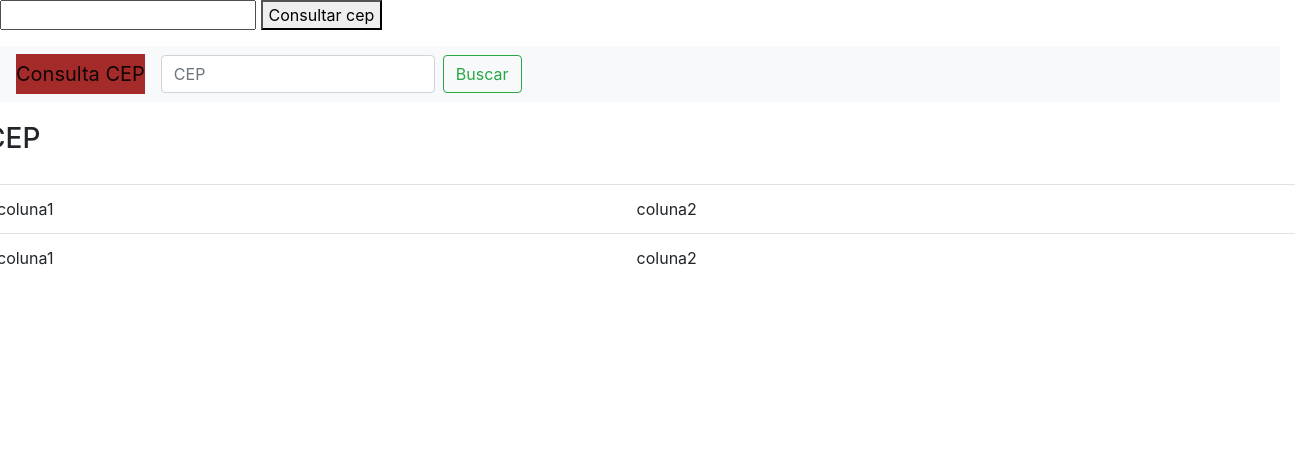
Repository: DaniloBaracho/jquery
Page: index.html
An editor plug-in stored every save of this project. The page is shown before and after the next save, followed by the edit.
The browser window is 1280 px wide. The page is 1295 px wide, so the pictures cover 1295 px, including what lies to the right of the window. The pictures show the whole page.

Above is the page before, as saved 2020-06-19 18:32:24.

After the next save:
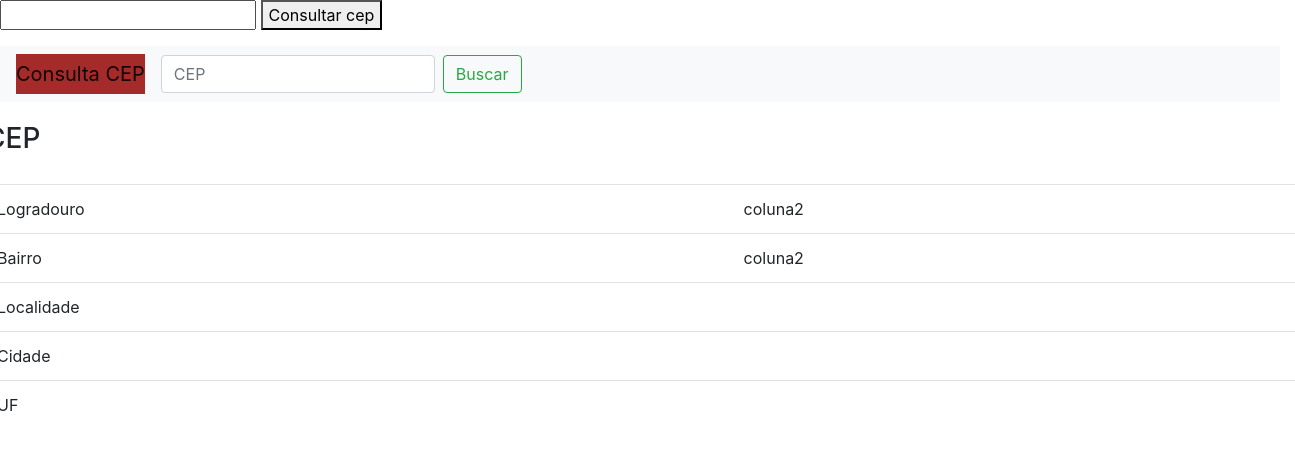
Saved 3 min 48 s later.
--- a/index.html
+++ b/index.html
@@ -34,7 +34,7 @@
                     <tbody>
                         <tr>
                             <td>
-                                coluna1
+                               Logradouro
                             </td>
                             <td>
                                 coluna2
@@ -42,12 +42,33 @@
                         </tr>
                         <tr>
                             <td>
-                                coluna1
+                                Bairro
                             </td>
                             <td>
                                 coluna2
                             </td>
                         </tr>
+                        <tr>
+                            <td>
+                                Localidade
+                            </td>
+                            <td>
+
+                            </td>
+                        </tr>
+                        <tr>
+                            <td>
+                                Cidade
+                            </td>
+                            <td>
+
+                            </td>
+                        </tr>
+                        <tr>
+                            <td>UF</td>
+                            <td></td>
+                        </tr>
+
                     </tbody>
                   </table>
               </div>
--- a/js/main.js
+++ b/js/main.js
@@ -22,6 +22,8 @@ function ConsultaCep2(){
         type: "GET",
         success: function(response){
             console.log(response);
+            $("#logradouro").html(response.logradouro);
+
             //alert(response.logradouro);
 
             //document.getElementById("logradouro").innerHTML = response.logradouro;
